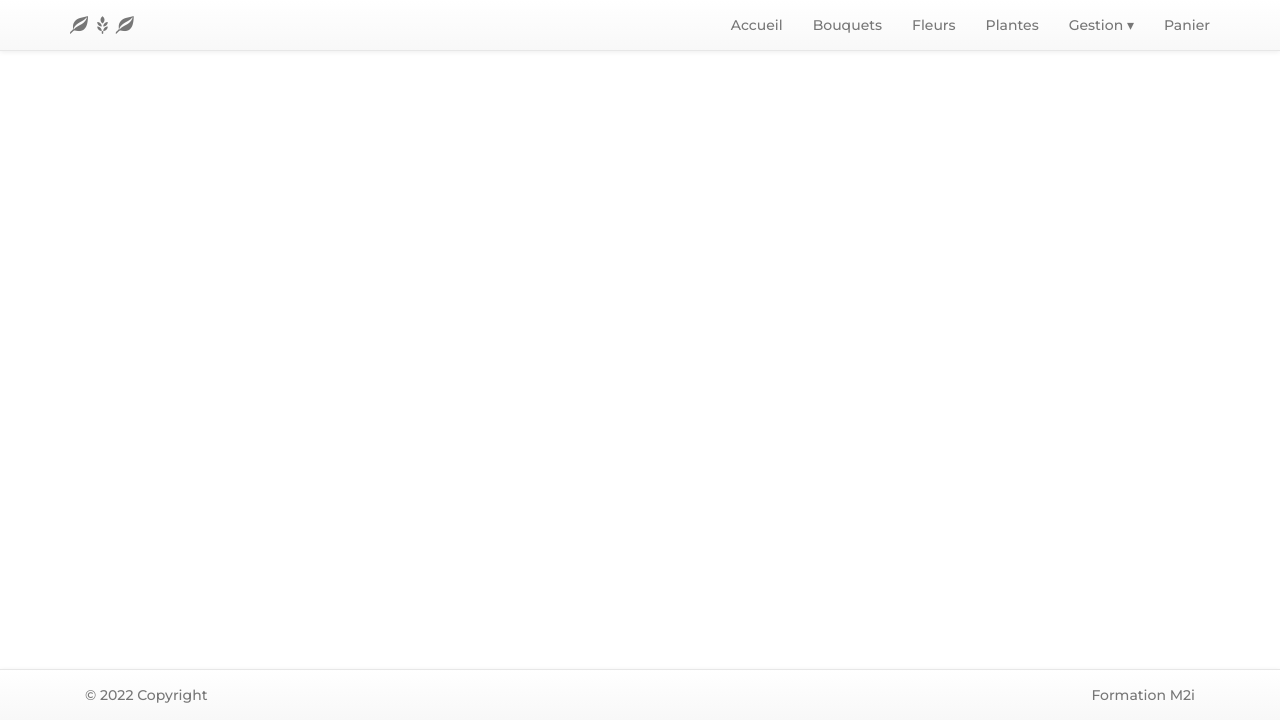
Repository: JeremT8/JavaFleuristeProject
Page: tp-fleuriste/src/main/webapp/listeBouquets.html
The author's editor kept a copy of each file at every save. The page is drawn from the files as they stood at one save, then again after the next save.
The browser window is 1280 px wide. The pictures show the whole page.
The page's requests for data from a server got no answer. Some web libraries are served in a nearby version.

Above is the page before, as saved 2022-05-18 14:19:21.

After the next save:
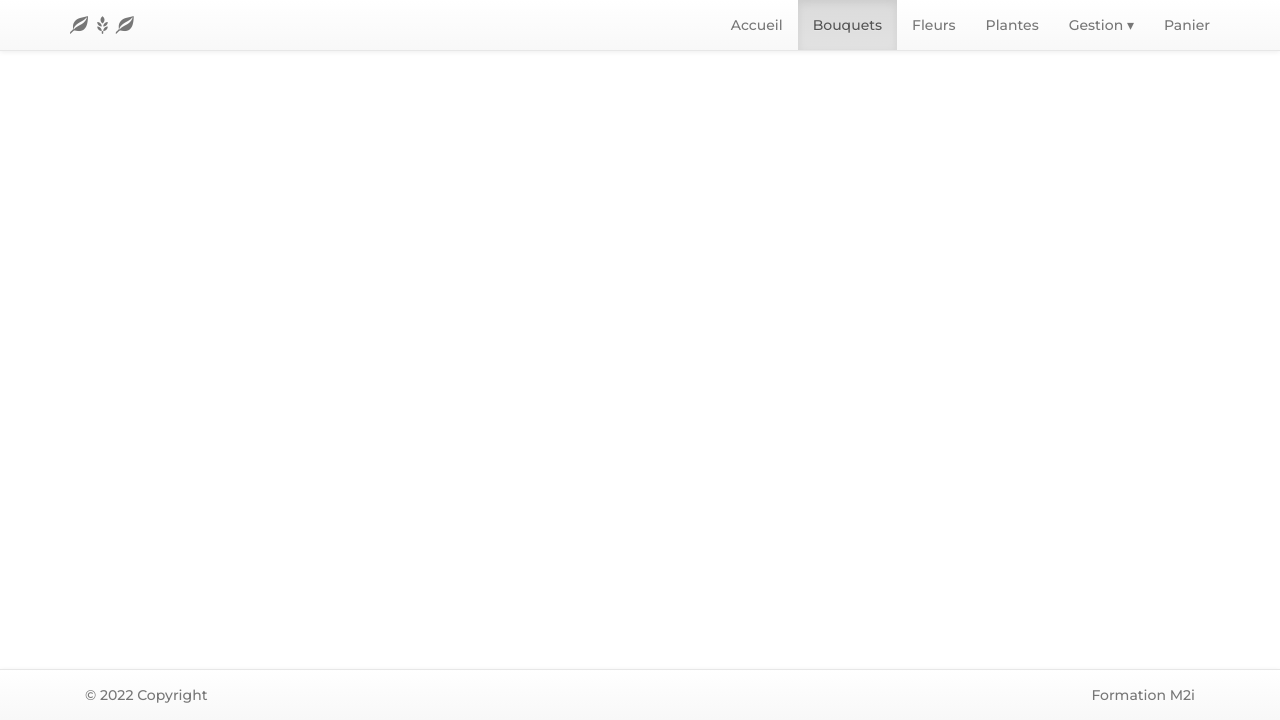
Saved 22 s later.
--- a/tp-fleuriste/src/main/webapp/listeBouquets.html
+++ b/tp-fleuriste/src/main/webapp/listeBouquets.html
@@ -43,7 +43,7 @@
 			<div class="navbar-collapse collapse" id="navbar-main">
 				<ul class="nav navbar-nav navbar-right">
 					<li><a href="index.html">Accueil</a></li>
-					<li><a href="listeBouquets.html">Bouquets</a></li>
+					<li class="active"><a href="listeBouquets.html">Bouquets</a></li>
 					<li><a href="listeFleurs.html">Fleurs</a></li>
 					<li><a href="listePlante.html">Plantes</a></li>
 					<li class="nav-item dropdown"><a
